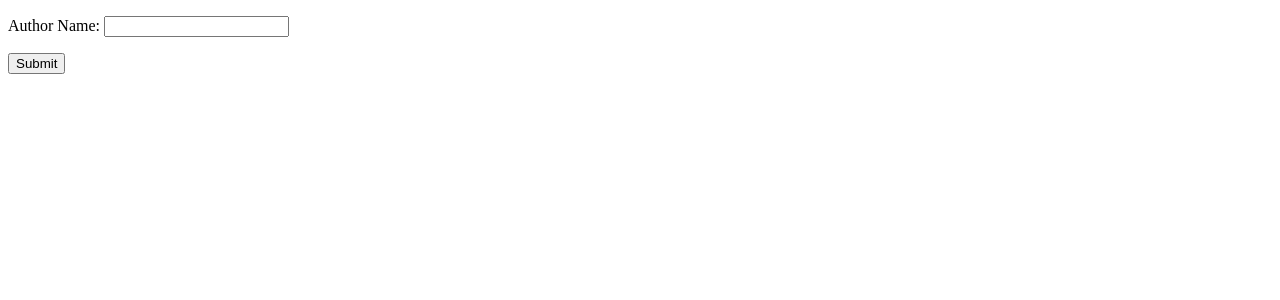
Repository: Jtho28/4830-group-project
Page: Esports-webproj/src/main/webapp/WEB-INF/Login.html
An editor plug-in stored every save of this project. The page is shown before and after the next save, followed by the edit.
The browser window is 1280 px wide. The pictures show the whole page.

Above is the page before, as saved 2022-11-16 20:10:38.

### Esports-webproj/src/main/webapp/WEB-INF/Login.html
<!DOCTYPE html>
<html>
<head>
<meta charset="UTF-8">
<title>Insert title here</title>
</head>
<body>
<form action="GetBookDetails" method="post">
<p>Author Name: <input type="text" name="keyword" /></p>
<p><input type="submit" /></p>
</form>
</body>
</html>

After the next save:
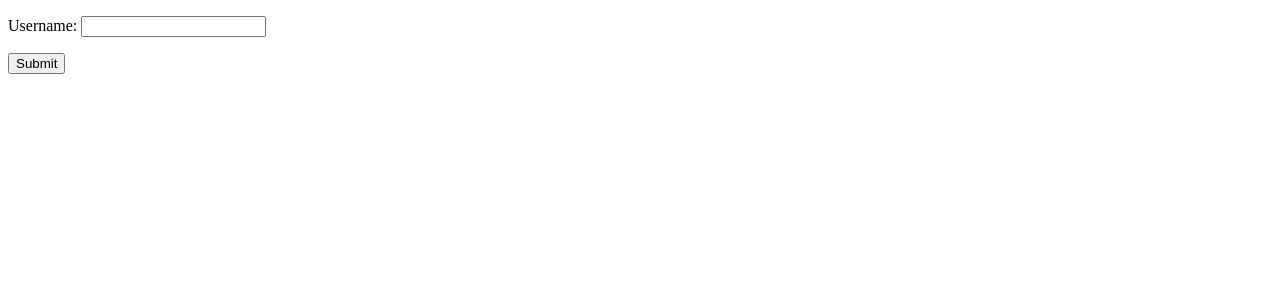
Saved 8 min 18 s later.
--- a/Esports-webproj/src/main/webapp/WEB-INF/Login.html
+++ b/Esports-webproj/src/main/webapp/WEB-INF/Login.html
@@ -6,7 +6,7 @@
 </head>
 <body>
 <form action="GetBookDetails" method="post">
-<p>Author Name: <input type="text" name="keyword" /></p>
+<p>Username: <input type="text" name="keyword" /></p>
 <p><input type="submit" /></p>
 </form>
 </body>
